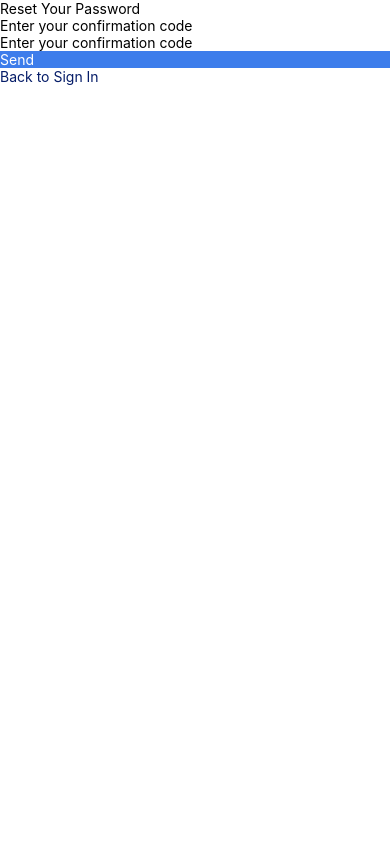
Repository: cynthiamoraa/HireMate
Screen: /
The author's editor kept a copy of each file at every save. The screen is drawn from the files as they stood at one save, then again after the next save.
The app was drawn by React Native's web renderer in a window 390 px wide. The project was rebuilt for these pictures with package versions that can differ from the ones it lists, and the page was loaded fresh each time.

Above is the screen before, as saved 2023-07-13 00:13:28.

After the next save:
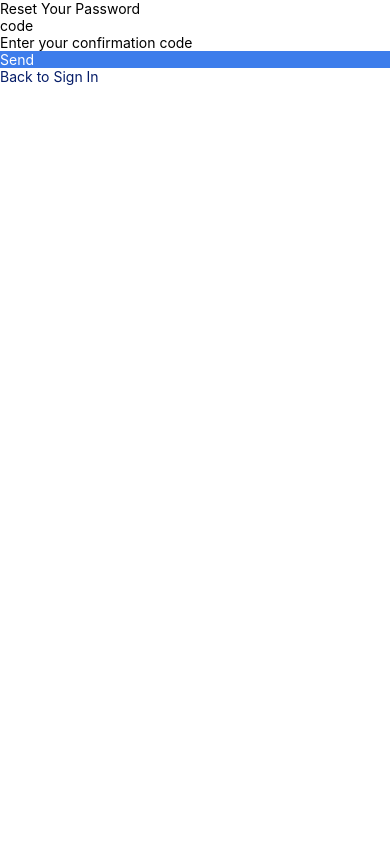
Saved 34 s later.
--- a/src/screens/NewPasswordScreen/NewPasswordScreen.js
+++ b/src/screens/NewPasswordScreen/NewPasswordScreen.js
@@ -29,7 +29,7 @@ const NewPasswordScreen = () => {
         </View>
 
         <CustomInput
-          placeholder="Enter your confirmation code"
+          placeholder="code"
           value={code}
           setValue={setCode}
         />
